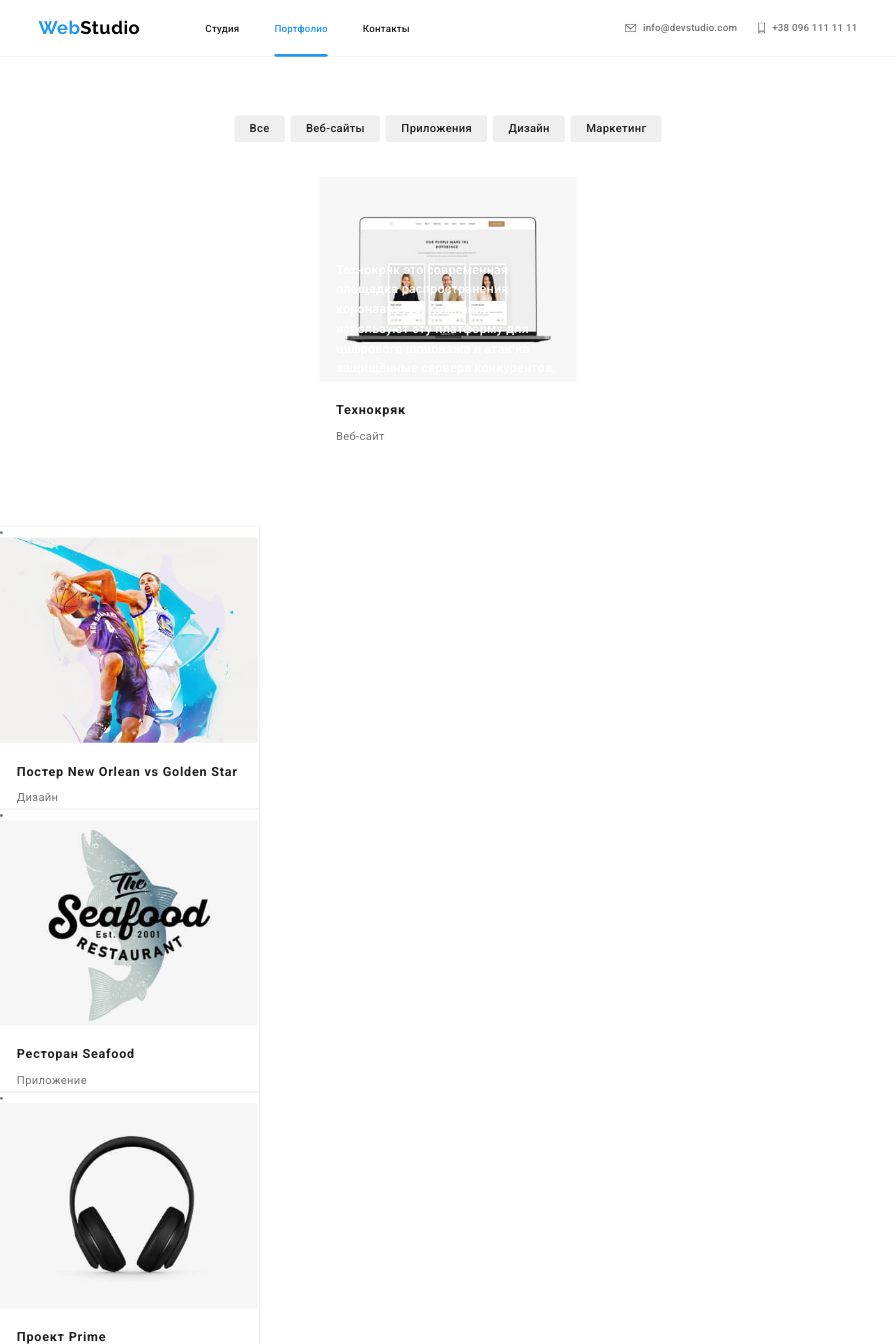
Repository: UliyaKucherernko/home-work-8
Page: porfolio.html
The author's editor kept a copy of each file at every save. The page is drawn from the files as they stood at one save, then again after the next save.
The browser window is 1280 px wide. The pictures show the part of the page from y = 0 to 1920 px (the page is 4234 px tall before and 4244 px after), at 70% of full size.

Above is the page before, as saved 2021-04-13 23:51:18.

### porfolio.html
<!DOCTYPE html>
<html lang="en">
<head>
    <!-- Служебная информация -->
    <meta charset="UTF-8">
    <meta http-equiv="X-UA-Compatible" content="IE=edge">
    <meta name="viewport" content="width=device-width, initial-scale=1.0">
    <title>homework5</title>
    <link rel="preconnect" href="https://fonts.gstatic.com">
    <link href="https://fonts.googleapis.com/css2?family=Raleway:wght@700&family=Roboto:wght@400;500;700;900&display=swap" rel="stylesheet">
    <link rel="stylesheet" href="./css/styles.css">
</head>
<body>

   <header class="header">
      <div class="container">
         <!-- Шапка -->
         <nav class="navigation">
            <a class="link logo-header" href="index.html">
               <span class="web">Web</span><span class="studio">Studio</span></a>
            <ul class="list menu">
               <li class="menu-item">
                  <a href="./index.html" class="link link-title menu-link">Студия</a>
               </li>
               <li class="menu-item">
                  <a href="./porfolio.html" class="link link-title menu-link current">Портфолио</a>
               </li>
               <li class="menu-item">
                  <a class="link link-title menu-link" href="">Контакты</a>
               </li>
            </ul>
         </nav>
         <ul class="list header-adress">
            <li class="contact-item">
               <a class="link contact-links menu-adress" href="mailto:info@devstudio.com">
                  <svg class="icon-header" width="16" height="12">
                     <use href="./images/icons-sprite.svg#icon-mail"></use>
                  </svg>
                  info@devstudio.com
               </a>
            </li>
            <li class="contact-item">
               <a class="link contact-links menu-adress" href="tel:+380961111111">
                  <svg class="icon-header" width="10" height="16">
                     <use href="./images/icons-sprite.svg#icon-phone"></use>
                  </svg>
                  +38 096 111 11 11
               </a>
            </li>
         </ul>
      </div>
   </header>

     <!--что входит в портфолио-->
    <main>
      <section class="gallery">
         <div class="container">
          <ul class="list gallery-btns">
              <li><button class="button-filtr" type="button">Все</button></li>
              <li><button class="button-filtr" type="button">Веб-сайты</button></li>
              <li><button class="button-filtr" type="button">Приложения</button></li>
              <li><button class="button-filtr" type="button">Дизайн</button></li>
              <li><button class="button-filtr" type="button">Маркетинг</button></li>
          </ul>

          <ul class="list grid gallery-list">
<article class="gallery-card">
            <div class="gallery-thumb">
               <div class="gallery-overlay">
                  <p class="gallery-text-overlay">Технокряк это современная площадка распространения коронавируса.
                     Компании используют эту платформу для цифрового
                  шпионажа и атак на защищённые сервера конкурентов.</p>
               </div>
                <img src="./images/1-monitor.jpg" alt="на мониторе 3 фотокарточки людей" width="368">
                <div class="gallery-names">
                <h3 class="filtrs">Технокряк</h3>
                <p class="main-filtrs">Веб-сайт</p>
                </div>
               </article>

               </div>

                <li class="gallery-item"><img src="./images/2-nba.jpg" alt="2 прня играют в баскетбол" width="368">
                <div class="gallery-names">
                  <h3 class="filtrs">Постер New Orlean vs Golden Star</h3>
                  <p class="main-filtrs">Дизайн</p>
                  </div>
                </li>
                <li class="gallery-item"><img src="./images/3-seafood.jpg" alt="рыбный ресторан" width="368">
                <div class="gallery-names">
                  <h3 class="filtrs">Ресторан Seafood</h3>
                  <p class="main-filtrs">Приложение</p>
                </div>
                  </li>
                  <li class="gallery-item"><img src="./images/4-prime.jpg" alt="наушники" width="368">
                     <div class="gallery-names">
                        <h3 class="filtrs">Проект Prime</h3>
                        <p class="main-filtrs">Маркетинг</p>
                     </div>
                  </li>
                  <li class="gallery-item"><img src="./images/5-boxes.jpg" alt="2 коробки разного размера" width="368">
                     <div class="gallery-names">
                        <h3 class="filtrs">Проект Boxes</h3>
                        <p class="main-filtrs">Приложение</p>
                     </div>
                  </li>
                  <li class="gallery-item"><img src="./images/6-borders.jpg" alt="монитор борд с картой мира" width="368">
                     <div class="gallery-names">
                        <h3 class="filtrs">Inspiration has no Borders</h3>
                        <p class="main-filtrs">Веб-сайт</p>
                     </div>
                  </li>
                  <li class="gallery-item"><img src="./images/7-magazine.jpg" alt="журнал" width="368">
                     <div class="gallery-names">
                        <h3 class="filtrs">Издание Limited Edition</h3>
                        <p class="main-filtrs">Дизайн</p>
                     </div>
                  </li>
                  <li class="gallery-item"><img src="./images/8-labels.jpg" alt="белая этикетка бирка" width="368">
                     <div class="gallery-names">
                        <h3 class="filtrs">Проект LAB</h3>
                        <p class="main-filtrs">Маркетинг</p>
                     </div>
                  </li>
                  <li class="gallery-item"><img src="./images/9-nout.jpg" alt="печатают на ноуте" width="368">
                     <div class="gallery-names">
                        <h3 class="filtrs">Growing Business</h3>
                        <p class="main-filtrs">Приложение</p>
                     </div>
                  </li>
                  </ul>
           </div>
     </section>
    </main>

   <!--подвал-->
   <footer class="footer-dark-bg">
      <div class="container">
         <div class="grid">
            <div class="grid-item-3">
               <a class="link footer-logo" href="index.html">
                  <span class="web">Web</span><span class="studio-footer">Studio</span></a>
               <address>
                  <ul class="footer-list">
                     <li><a href="" class="link footer-adress">г. Киев, пр-т Леси Украинки, 26</a></li>
                     <li><a href="mailto:info@example.com" class="link footer-social">info@example.com</a></li>
                     <li><a href="+380991111111" class="link footer-social">+38 099 111 11 11</a></li>
                  </ul>
               </address>
            </div>

            <div class="grid-item-3">
               <div class="card-footer">
                  <p class="f-sleng">присоединяйтесь</p>
               </div>
               <ul class="d-inline-flex">
                  <li class="social-icon-item">
                     <a href="" class="social-icon-link foo-icon">
                        <svg>
                           <use href="./images/icons-sprite.svg#icon-instagram"></use>
                        </svg>
                     </a>
                  </li>
                  <li class="social-icon-item">
                     <a href="" class="social-icon-link foo-icon">
                        <svg>
                           <use href="./images/icons-sprite.svg#icon-twitter"></use>
                        </svg>
                     </a>
                  </li>
                  <li class="social-icon-item">
                     <a href="" class="social-icon-link foo-icon">
                        <svg>
                           <use href="./images/icons-sprite.svg#icon-facebook"></use>
                        </svg>
                     </a>
                  </li>
                  <li class="social-icon-item">
                     <a href="" class="social-icon-link foo-icon">
                        <svg>
                           <use href="./images/icons-sprite.svg#icon-linkedin"></use>
                        </svg>
                     </a>
                  </li>
               </ul>
            </div>

         </div>
         <!-- <div class="card-footer-news">
                       <p class="news-title">подпишитесь на рассылку</p>
                     </div> -->
      </div>
   </footer>
   </body>

   </html>

### css/styles.css
/*-----Утилиты----------*/
:root {
  --main-text-color: #757575;
  --accent-color: #2196f3;
  --title-color: #212121;
  --dark-bg-color: #2f303a;
  --content-color: #ffffff;
  --team-color: #f5f4fa;
  --social-color: #afb1b8;
}

.grid-item-1 {
  --grid-item: 12;
}

.grid-item-2 {
  --grid-item: 6;
}

.grid-item-3 {
  --grid-item: 4;
}

.grid-item-4 {
  --grid-item: 3;
}

.grid-item-6 {
  --grid-item: 2;
}

.grid-item-12 {
  --grid-item: 1;
}

:focus {
  outline: none;
}

*,
::after,
::before {
  box-sizing: inherit;
}

.web {
  color: var(--accent-color);
}
.studio {
  color: #000000;
}

.studio-footer {
  color: var(--content-color);
}

address {
  font-style: normal;
}

body {
  font-family: "Roboto", sans-serif;
  font-size: 14px;
  font-weight: 500;
  line-height: 16px;
  letter-spacing: 0.02em;
  text-align: left;
  color: var(--main-text-color);
  margin: 0;
}

.link {
  text-decoration: none;
  color: inherit;
}

.container {
  width: 1200px;
  padding-left: 15px;
  padding-right: 15px;
  margin-right: auto;
  margin-left: auto;
  box-sizing: border-box;
  /* background-color:gray; */
}

.grid {
  display: flex;
  flex-wrap: wrap;
  gap: 30px;
}

.grid-item {
  flex-basis: calc((100% - 30px * var(--grid-item)) / var(--grid-item));
}

button {
  cursor: pointer;
  font-family: inherit;
}

h1,
h2,
h3,
h4,
h5,
h6,
p,
ul,
li {
  margin: 0;
  padding: 0;
}
/*Конец Утилит*/

.list {
  display: flex;
  justify-content: center;
  margin-top: 0;
  margin-bottom: 0;
  padding-left: 0;

  list-style: none;
}

.section-title {
  margin-top: 0;
  margin-bottom: 0;
  text-align: center;
  font-weight: 700;
  font-size: 36px;
  line-height: 1.16;
  letter-spacing: 0.03em;
  color: var(--title-color);
}

/*--------требование к команде------------*/

.all-feature {
  padding-top: 94px;
  padding-bottom: 94px;
}

.feature {
  display: inline-block;
  width: 270px;
  height: 251px;
  /* background-color: var(--team-color);
  border-radius: 4px; */
}

.feature-icon {
  display: flex;
  justify-content: center;
  align-items: center;
  background-color: var(--team-color);
  border-radius: 4px;
  width: 270px;
  height: 120px;
}

.feature-icon svg {
  width: 70px;
  height: 70px;
}

.feature:not(:last-child) {
  margin-right: 30px;
}

.main-team-feature {
  margin-top: 30px;
  font-weight: 700;
  font-size: 14px;
  line-height: 1.14;
  letter-spacing: 0.03em;
  text-transform: uppercase;
  color: var(--title-color);
}

.team-feature {
  margin-top: 12px;
  margin-bottom: 0;
  font-weight: 400;
  font-size: 14px;
  line-height: 1.71;
  letter-spacing: 0.03em;
  color: var(--main-text-color);
  font-size: 14px;
  line-height: 1.71;
  letter-spacing: 0.03em;
  color: var(--main-text-color);
}

/*.visually-hidden {
  position: absolute;
  {
  display: block;
  content: "";
  width: 270px;
  height: 120px;
  background-color: var(--team-color);
  border-radius: 4px;
}px;
  margin: -1px;
  border: 0;
  p
.link.current {
  color: var(--accent-color);
}*/

/* ------3 box---------- */
.content {
  position: absolute;

  display: flex;
  justify-content: center;
  align-items: center;
  font-weight: bold;
  line-height: 1.14;
  text-transform: uppercase;
  top: 224px;
  right: 0;
  width: 100%;
  height: 70px;
  color: var(--content-color);
  background-color: rgba(47, 48, 58, 0.8);
}
.boxes {
  margin-top: 50px;
}

.box-product {
  position: relative;
}

/*----------HERO----------  */

.hero-dark-bg {
  max-width: 1600px;
  height: 600px;
  margin-left: auto;
  margin-right: auto;
  padding: 200px 0;
  box-sizing: border-box;
  background: #c4c4c4;
}

.hero-title {
  margin-top: auto;
  margin-bottom: 30px;
  margin-left: auto;
  margin-right: auto;
  width: 696px;
  height: 120px;
  font-weight: 900;
  font-size: 44px;
  line-height: 1.36;

  letter-spacing: 0.06em;
  text-transform: uppercase;
  text-align: center;
  color: var(--content-color);
}

.overlay {
  max-width: 1600px;
  height: 600px;

  margin-left: auto;
  margin-right: auto;
  background-image: linear-gradient(
      to right,
      rgba(47, 48, 58, 0.4),
      rgba(47, 48, 58, 0.4)
    ),
    url(../images/team-overlay.jpg);
  background-repeat: no-repeat;
  background-position: center;
  background-size: cover;
}

.hero {
  display: flex;
  flex-direction: column;
  justify-content: center;
  align-items: center;
}

.hero-button {
  padding: 10px 32px;
  min-width: 136px;
  font-weight: 700;
  font-size: 16px;
  line-height: 1.87;
  letter-spacing: 0.06em;
  background: var(--accent-color);
  border-radius: 4px;
  border: 0;
  color: #ffffff;
}

/* -----BUTTON GALLERY----- */

.button-filtr {
  border: 0;
  border-radius: 4px;
  padding: 6px 22px;
  font-weight: 500;
  font-size: 16px;
  line-height: 1.62;
  letter-spacing: 0.03em;
  color: var(--title-color);
}

.button-filtr:hover,
.button-filtr:focus {
  box-shadow: 0px 3px 1px rgba(0, 0, 0, 0.1), 0px 1px 2px rgba(0, 0, 0, 0.08),
    0px 2px 2px rgba(0, 0, 0, 0.12);
  transition-duration: 250ms;
  transition-timing-function: cubic-bezier(0.4, 0, 0.2, 1);
}

.gallery-btns li:not(:last-child) .button-filtr {
  margin-right: 8px;
}

button:hover,
button:focus {
  background: var(--accent-color);
  color: #fff;
  transition-duration: 250ms;
  transition-timing-function: cubic-bezier(0.4, 0, 0.2, 1);
}

.gallery {
  padding-top: 84px;
}
.gallery-names {
  padding: 20px 24px 20px 24px;
}
.gallery-item {
  --grid-item: 3;
  background: white;
  width: 370px;
  height: 404px;
  outline: 1px solid #eeeeee;
}

.gallery-item:hover,
.gallery-item:focus {
  box-shadow: 0px 1px 1px rgba(0, 0, 0, 0.12), 0px 4px 4px rgba(0, 0, 0, 0.06),
    1px 4px 6px rgba(0, 0, 0, 0.16);
  transition-duration: 250ms;
  transition-timing-function: cubic-bezier(0.4, 0, 0.2, 1);
}

.gallery-list {
  padding-bottom: 94px;
  margin-top: 50px;
}

.filtrs {
  margin-bottom: 4px;
  font-weight: 700;
  font-size: 18px;
  line-height: 2;
  letter-spacing: 0.06em;
  color: var(--title-color);
}

.main-filtrs {
  font-weight: 400;
  font-size: 16px;
  line-height: 1.87;
  letter-spacing: 0.03em;
  color: var(--main-text-color);
}

.work {
  padding-top: 94px;
  padding-bottom: 94px;
}

.social-icons .icon {
  width: 20px;
  height: 20px;
  fill: var(--social-color);
}

.d-inline-flex {
  display: inline-flex;
}

.gallery-thumb {
  position: relative;
  overflow: hidden;
}

.gallery-overlay {
  position: absolute;
  display: flex;
  align-items: center;
  width: 100%;
  height: 100%;
}

.gallery-text-overlay {
  font-size: 18px;
  max-width: 340px;
  padding-left: 24px;
  line-height: 1.56;
  color: var(--content-color);
}

.gallery-thumb::before {
  display: inline-block;
  content: "";

  position: absolute;
  top: 0;
  left: 0;
  width: 370px;
  height: 294px;
  background-color: rgba(33, 150, 243, 0.9);
  opacity: 0;
}

.gallery-list:hover .gallery-thumb::before {
  transform: translateY(0);
}

/* -------команда имена карточки соц иконки----------- */

.team-card {
  --grid-item: 4;
  text-align: center;
  background: white;
  width: 270px;
  height: 428px;
  box-sizing: border-box;
  box-shadow: 0px 1px 3px rgb(0 0 0 / 12%), 0px 1px 1px rgb(0 0 0 / 14%),
    0px 2px 1px rgb(0 0 0 / 20%);
  border-radius: 0px 0px 4px 4px;
}

.team {
  padding-top: 94px;
  padding-bottom: 94px;
  box-sizing: border-box;
  background: var(--team-color);
}

.team-card:not(:last-child) {
  margin-right: 30px;
}

.team-names {
  padding: 30px 0;
}

.names {
  margin-bottom: 10px;
  font-weight: 500;
  font-size: 16px;
  line-height: 1.18;
  letter-spacing: 0.03em;
  color: var(--title-color);
}

.team-profession {
  margin-top: 10px;
  margin-bottom: 16px;
  font-weight: 400;
  font-size: 16px;
  line-height: 1.18;
  letter-spacing: 0.03em;
  color: var(--main-text-color);
}

.team-body {
  display: flex;
  justify-content: center;
  margin-top: 50px;
  list-style: none;
}

.team-body .team-item:not(:last-child) {
  margin-right: 30px;
}

.social-icon-item {
  display: block;
}

.social-icon-item svg {
  width: 20px;
  height: 20px;
}

.social-icon-item:not(:last-child) {
  margin-right: 10px;
}

.social-icon-link {
  display: flex;
  justify-content: center;
  align-items: center;
  width: 44px;
  height: 44px;
  border-radius: 50%;
}

.social-icon-link.team-icon {
  background: var(--content-color);
}

.social-icon-link.team-icon:hover svg,
.social-icon-link.team-icon:focus svg {
  fill: var(--content-color);
  transition-duration: 250ms;
  transition-timing-function: cubic-bezier(0.4, 0, 0.2, 1);
}

.social-icon-link.team-icon svg {
  fill: var(--social-color);
}

.social-icon-link.foo-icon svg {
  fill: var(--content-color);
}

.social-icon-link.foo-icon {
  background: rgba(255, 255, 255, 0.1);
}

.social-icon-link:hover,
.social-icon-link:focus {
  background-color: var(--accent-color);
  transition-duration: 250ms;
  transition-timing-function: cubic-bezier(0.4, 0, 0.2, 1);
}

.social-icon-link.team-icon:hover .icon,
.social-icon-link.team-icon:focus .icon {
  fill: var(--content-color);
  transition-duration: 250ms;
  transition-timing-function: cubic-bezier(0.4, 0, 0.2, 1);
}

/* ------постоянные клиенты-------- */

.cl {
  padding-top: 94px;
  padding-bottom: 94px;
}

.cl-item .cl-logo {
  fill: var(--social-color);
}

.cl-item {
  display: flex;
}

.social-icons .cl-logo {
  fill: var(--social-color);
}

.cl-link:hover .cl-logo,
.cl-link:focus .cl-logo {
  fill: var(--accent-color);
  transition-duration: 250ms;
  transition-timing-function: cubic-bezier(0.4, 0, 0.2, 1);
}

.item-cl:not(:last-child) {
  margin-right: 30px;
}

.cl-link {
  margin-top: 50px;
  display: flex;
  justify-content: center;
  align-items: center;
  width: 170px;
  height: 90px;
  border: 1px solid #afb1b8;
  border-radius: 4px;
}

.cl-link:hover,
.cl-link:focus {
  border: 1px solid var(--accent-color);
  transition-duration: 250ms;
  transition-timing-function: cubic-bezier(0.4, 0, 0.2, 1);
}

.cl-link .navigation {
  display: flex;
  align-items: center;
  margin-right: auto;
}

/* -------------ХЕДЕР-------------- */

.navigation {
  display: flex;
  align-items: center;
  margin-right: auto;
}

.header {
  border-bottom: 1px solid #eeeeee;

  color: var(--title-color);
}

.header .container {
  display: flex;
  justify-content: flex-end;
  align-items: center;
}

.header-adress {
  font-weight: 500;
  font-size: 14px;
  line-height: 1.14;
  letter-spacing: 0.02em;
  color: var(--main-text-color);
}
.logo-header {
  margin-right: 93px;

  font-family: Raleway;
  font-weight: 700;
  font-size: 26px;
  line-height: 1.19;
  letter-spacing: 0.03em;
}

.current {
  color: var(--accent-color);
}
.menu {
  display: inline-flex;
}

.link-title {
  position: relative;
  padding-bottom: 32px;
  padding-left: 0;
  padding-right: 0;
  transition-property: color;
}
.menu-link {
  display: block;
  padding-top: 32px;
  padding-bottom: 32px;
  padding-left: 0;
  padding-right: 0;
  transition-property: color;
  transition-duration: 250ms;
  transition-timing-function: cubic-bezier(0.4, 0, 0.2, 1);
}
.current::after {
  content: "";
  position: absolute;
  display: block;
  width: 100%;
  height: 4px;
  border-radius: 2px;
  left: 0;
  bottom: -1px;
  background-color: var(--accent-color);
}

.menu-item:not(:last-child) {
  margin-right: 50px;
}

.menu-adress:not(:last-child) {
  margin-right: 50px;
}

.menu-adress:hover,
.menu-adress:focus {
  color: var(--accent-color);
  transition-duration: 250ms;
  transition-timing-function: cubic-bezier(0.4, 0, 0.2, 1);
}

.contact-item:not(:last-child) {
  margin-right: 30px;
}

.icon-header {
  fill: var(--main-text-color);
}

.header-adress .icon-header {
  margin-right: 10px;
  stroke: var(--main-text-color);
}

.link-title:hover,
.link-title:focus {
  color: var(--accent-color);
  transition-duration: 250ms;
  transition-timing-function: cubic-bezier(0.4, 0, 0.2, 1);
}

.contact-links {
  display: flex;
  align-items: center;
}

.contact-links:hover .icon-header,
.contact-links:focus .icon-header {
  stroke: var(--accent-color);
  transition-duration: 250ms;
  transition-timing-function: cubic-bezier(0.4, 0, 0.2, 1);
}

.contact-links .footer-list {
  margin-top: 20px;
  list-style: none;
}

/* ---------------------ФУТЕР---------------- */

.f-block {
  --grid-item: 2;
  align-self: baseline;
}

.footer-list li {
  margin-top: 9px;
  list-style: none;
}

.footer-dark-bg {
  padding: 60px 0;
  box-sizing: border-box;
  background: var(--dark-bg-color);
}

.footer-social {
  font-weight: 400;
  font-size: 14px;
  line-height: 1.71;
  letter-spacing: 0.03em;
  color: rgba(255, 255, 255, 0.6);
}

.footer-adress {
  font-weight: 400;
  font-size: 14px;
  line-height: 1.71;
  letter-spacing: 0.03em;
  color: #ffffff;
}

.footer-logo {
  font-family: Raleway;
  font-weight: 700;
  font-size: 26px;
  line-height: 1.19;
  letter-spacing: 0.03em;
}

.f-sleng {
  margin-bottom: 20px;
  font-weight: 700;
  font-size: 14px;
  line-height: 1.14;
  letter-spacing: 0.03em;
  text-transform: uppercase;
  color: var(--content-color);
}

/* ------МОДАЛЬНОЕ ОКНО------- */
.backdrop {
  position: fixed;
  width: 100%;
  height: 100%;
  left: 0px;
  top: 0px;

  background: rgba(0, 0, 0, 0.2);
}

.backdrop.is-hidden {
  opacity: 0;
  pointer-events: none;
}

.modal {
  position: absolute;
  top: 50%;
  left: 50%;
  transform: translate(-50%, -50%);

  width: 528px;
  height: 581px;
  box-shadow: 0px 1px 3px rgba(0, 0, 0, 0.12), 0px 1px 1px rgba(0, 0, 0, 0.14),
    0px 2px 1px rgba(0, 0, 0, 0.2);
  border-radius: 4px;
  background-color: var(--content-color);
  transform: translate(-50%, -50%) scale(1);
  transition: transform 250ms cubic-bezier(0.4, 0, 0.2, 1);
}

.modal:hover {
  transform: translate(-50%, -50%) scale(1);
  transition: transform 250ms cubic-bezier(0.4, 0, 0.2, 1);
}

.modal-button {
  position: absolute;
  width: 30px;
  height: 30px;
  right: 8px;
  top: 8px;
  display: flex;
  justify-content: center;
  align-items: center;

  background: var(--content-color);
  border: 1px solid rgba(0, 0, 0, 0.1);
  box-sizing: border-box;
  border-radius: 50%;
}

.icon-close {
  position: absolute;
  top: 50%;
  left: 50%;
  transform: translate(-50%, -50%);
  cursor: pointer;
  transition-property: fill;
  transition-duration: 250ms;
  transition-timing-function: cubic-bezier(0.4, 0, 0.2, 1);
}

After the next save:
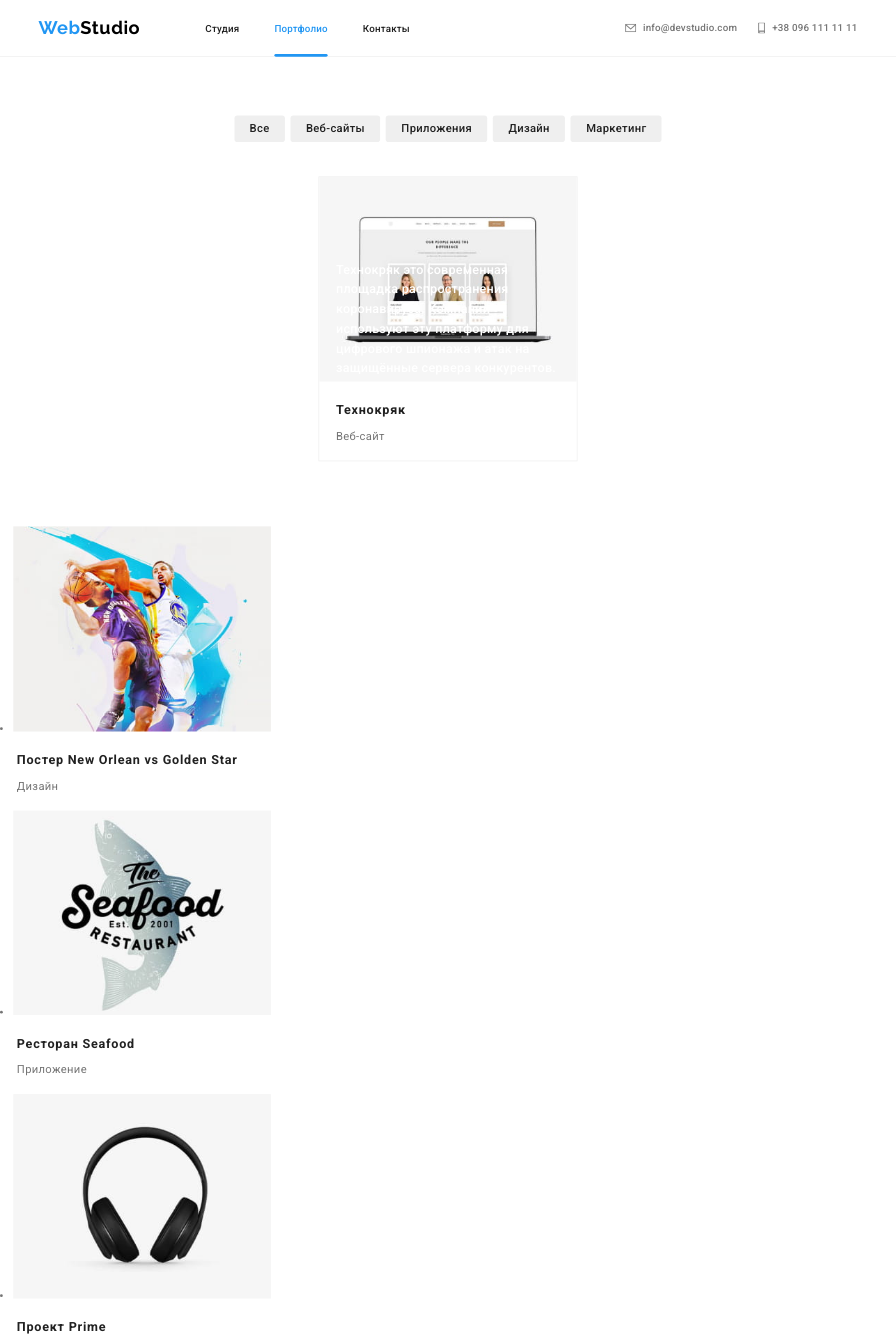
Saved 64 s later.
--- a/css/styles.css
+++ b/css/styles.css
@@ -339,16 +339,12 @@ button:focus {
 .gallery-names {
   padding: 20px 24px 20px 24px;
 }
-.gallery-item {
-  --grid-item: 3;
-  background: white;
-  width: 370px;
-  height: 404px;
+.gallery-card {
   outline: 1px solid #eeeeee;
 }
 
-.gallery-item:hover,
-.gallery-item:focus {
+.gallery-card:hover,
+.gallery-card:focus {
   box-shadow: 0px 1px 1px rgba(0, 0, 0, 0.12), 0px 4px 4px rgba(0, 0, 0, 0.06),
     1px 4px 6px rgba(0, 0, 0, 0.16);
   transition-duration: 250ms;
